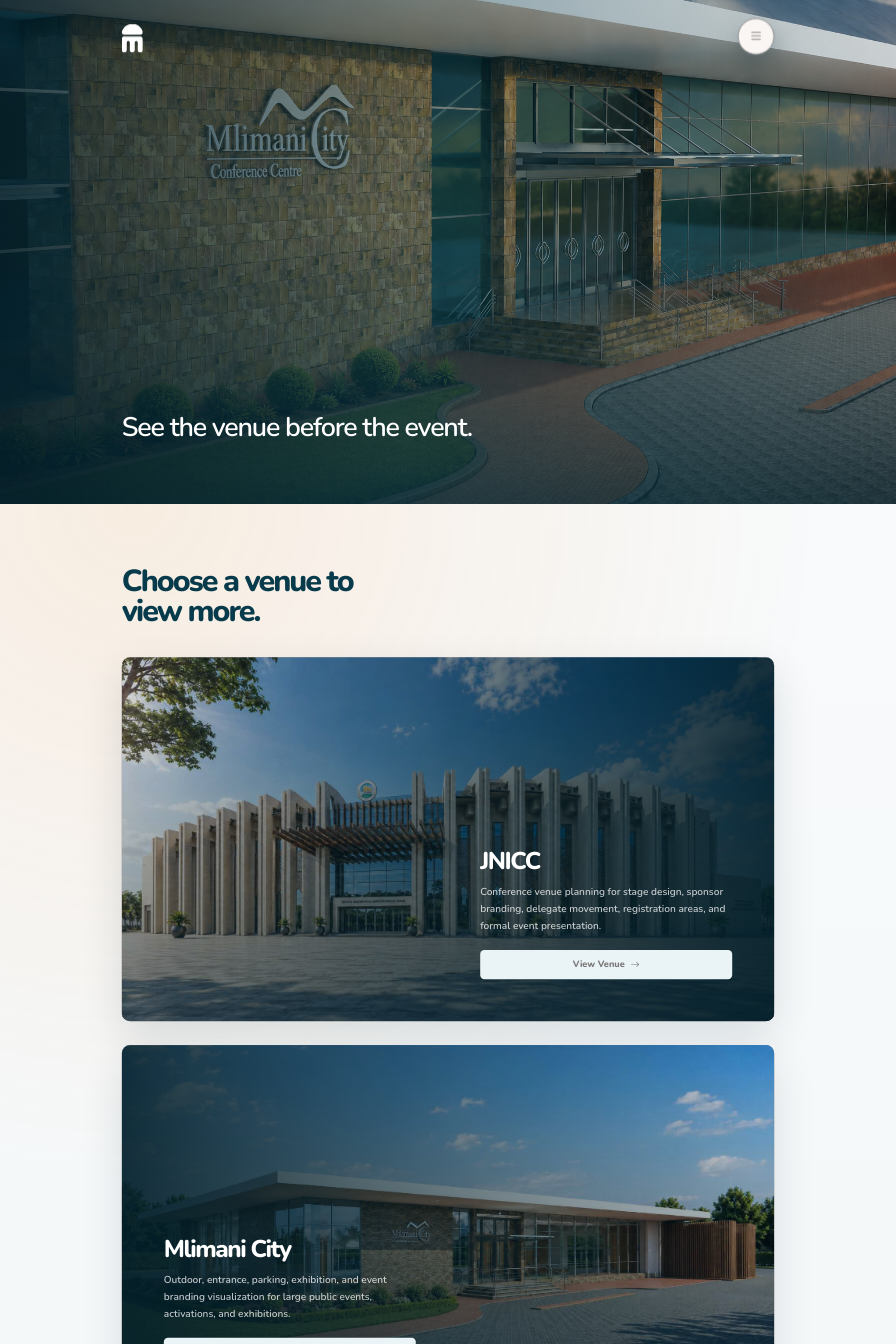
Repository: abdulprism/mustapha
Page: http://localhost/routes/venues.php
These files come from the project's save history. The page is drawn as it stood at one moment and after the next save; the edit follows.
The browser window is 1280 px wide. The pictures show the part of the page from y = 0 to 1920 px (the page is 5174 px tall), at 70% of full size.
The page is run by PHP 8.4 with error messages shown; the project is at /var/www/html/.

Above is the page before, as saved 2026-05-26 21:23:21.

### routes/venues.php
<!DOCTYPE html>
<html lang="en">
<head>
  <meta charset="UTF-8" />
  <meta name="viewport" content="width=device-width, initial-scale=1.0" />

  <title>Venues — mustapha.</title>
  <meta name="description" content="3D venue models and event venue visualization in Tanzania by Abdul Mustapha Hemedi." />

  <link rel="preconnect" href="https://fonts.googleapis.com">
  <link rel="preconnect" href="https://fonts.gstatic.com" crossorigin>
  <link href="https://fonts.googleapis.com/css2?family=Manrope:wght@500;600;700;800&display=swap" rel="stylesheet">
  <link rel="stylesheet" href="https://cdn.jsdelivr.net/npm/bootstrap-icons@1.11.1/font/bootstrap-icons.css">
  <link rel="stylesheet" href="./public/css/font.css">
  <link rel="stylesheet" href="../public/css/root.css">
  <link rel="stylesheet" href="../public/css/venue.css">
  <link rel="stylesheet" href="../public/css/header.css">
</head>

<body>

   <!-- Header -->
  <header class="header" id="siteHeader">
    <div class="wide-container">
      <nav class="nav">

        <a href="../index.html" class="logo">
          <img src="../public/icons/logo-white.svg" alt="">
        </a>

        <div class="menu-area">

          <div class="nav-panel" id="navPanel">
            <a href="index.php" class="active">Home</a>
            <a href="work.php">Work</a>
            <a href="#competence">Skills</a>
            <a href="./routes/venues.php">Venues</a>
            <a href="#contact">Contact</a>
          </div>

          <button class="menu-toggle" id="menuToggle" aria-label="Open menu" aria-expanded="false">
            <i class="bi bi-list icon-menu"></i>
            <i class="bi bi-x-lg icon-close"></i>
          </button>

        </div>
      </nav>
    </div>
  </header>

  <!-- Hero -->
  <section class="hero" data-header-theme="dark">

    <div class="hero-media">
      <img src="../public/img/profile/mlimani00.png" alt="3D venue model in Tanzania">
    </div>

    <div class="container hero-content-wrap">
      <div class="hero-content">
        <h1>See the venue before the event.</h1>

      </div>
    </div>

  </section>

  <!-- Venue Cards -->
  <section class="venue-list" id="venue-list" data-header-theme="light">
    <div class="container">

      <div class="venue-intro">
        <div>
          <h2>Choose a venue to view more.</h2>
        </div>
      </div>

      <div class="venue-stack">

        <article class="venue-card image-right">

          <img src="../public/img/profile/jnicc0.jpg" alt="JNICC venue model">

          <div class="venue-content">

            <h3>JNICC</h3>
            <p>
              Conference venue planning for stage design, sponsor branding, delegate movement,
              registration areas, and formal event presentation.
            </p>

            <a href="./venues/jnicc.php" class="btn">
              View Venue <i class="bi bi-arrow-right"></i>
            </a>

          </div>
        </article>

        <article class="venue-card">
          <img src="../public/img/profile/mlimani02.jpg" alt="Mlimani City venue model">

          <div class="venue-content">

            <h3>Mlimani City</h3>
            <p>
              Outdoor, entrance, parking, exhibition, and event branding visualization for large public events,
              activations, and exhibitions.
            </p>

            <a href="venue-mlimani-city.html" class="btn">
              View Venue <i class="bi bi-arrow-right"></i>
            </a>

          </div>
        </article>

        <article class="venue-card image-right">
          <img src="./public/img/profile/venue-serena-01.png" alt="Serena Hotel venue model">

          <div class="venue-content">
            <h3>Serena Hotel</h3>
            <p>
              Premium indoor event visualization for conference setup, stage backdrop, banquet seating,
              VIP arrangement, and sponsor visibility.
            </p>

            <a href="venue-serena-hotel.html" class="btn">
              View Venue <i class="bi bi-arrow-right"></i>
            </a>
          </div>
        </article>

        <article class="venue-card">
          <img src="./public/img/profile/venue-sabasaba-01.png" alt="SabaSaba exhibition venue model">

          <div class="venue-content">
            <h3>Johari Rotana Hotel</h3>
            <p>
              Exhibition booth and brand activation planning for trade fair setups,
              public interaction spaces, product corners, and institutional booths.
            </p>

            <a href="venue-sabasaba.html" class="btn">
              View Venue <i class="bi bi-arrow-right"></i>
            </a>
          </div>
        </article>

        <article class="venue-card">
          <img src="./public/img/profile/venue-hotelhall-01.png" alt="Hotel hall venue model">

          <div class="venue-content">

            <h3>MOUNT MERU HOTEL</h3>
            <p>
              Flexible indoor venue visualization for workshops, summits, launches,
              panel sessions, registration points, and sponsor zones.
            </p>
            <a href="venue-hotel-halls.html" class="btn">
              View Venue <i class="bi bi-arrow-right"></i>
            </a>
          </div>
        </article>

        <article class="venue-card image-right">
          <img src="./public/img/profile/venue-custom-01.png" alt="Custom venue model">

          <div class="venue-content">
            <small>Custom / Any location</small>
            <h3>Custom Venue Model</h3>
            <p>
              Send venue images, videos, or layout details and get a visual planning model
              for your specific event space.
            </p>

            <div class="venue-tags">
              <span>Custom model</span>
              <span>From photos</span>
              <span>Event planning</span>
              <span>3D preview</span>
            </div>

            <a href="#contact" class="btn">
              Request Model <i class="bi bi-arrow-right"></i>
            </a>
          </div>
        </article>

      </div>

    </div>
  </section>

  <!-- CTA -->
  <section class="cta" data-header-theme="light">
    <div class="cta-box">
      <div>
        <h2>Need a venue preview?</h2>
        <p>
          Send venue photos or layout. I can create a 3D visual preview for planning,
          branding, production, and client presentation.
        </p>
      </div>

      <a href="#contact" class="btn">
        Start Discussion
      </a>
    </div>
  </section>

  <!-- Footer -->
  <section class="footer-section" id="contact" data-header-theme="dark">
    <div class="container">
      <div class="footer-grid">
        <div>
          <h2>Venue planning made visible.</h2>
          <p>
            3D venue models for exhibitions, events, conferences, summits, brand activations,
            and production planning across Tanzania.
          </p>
        </div>

        <div class="footer-links">
          <a href="mailto:hello@mustapha.co.tz">
            Email
            <i class="bi bi-arrow-up-right"></i>
          </a>

          <a href="https://wa.me/255712257370" target="_blank">
            WhatsApp
            <i class="bi bi-arrow-up-right"></i>
          </a>

          <a href="index.html">
            Back to Home
            <i class="bi bi-arrow-up-right"></i>
          </a>
        </div>
      </div>

      <p class="copyright">
        © <span id="year"></span> Abdul Mustapha Hemedi. All rights reserved.
      </p>
    </div>
  </section>

  <script>
    const siteHeader = document.getElementById("siteHeader");
    const menuToggle = document.getElementById("menuToggle");
    const navLinks = document.querySelectorAll(".nav-panel a");

    menuToggle.addEventListener("click", () => {
      const isOpen = siteHeader.classList.toggle("menu-open");
      menuToggle.setAttribute("aria-expanded", isOpen ? "true" : "false");
      menuToggle.setAttribute("aria-label", isOpen ? "Close menu" : "Open menu");
    });

    navLinks.forEach(link => {
      link.addEventListener("click", () => {
        siteHeader.classList.remove("menu-open");
        menuToggle.setAttribute("aria-expanded", "false");
        menuToggle.setAttribute("aria-label", "Open menu");
      });
    });

    document.addEventListener("click", (event) => {
      if (!siteHeader.contains(event.target)) {
        siteHeader.classList.remove("menu-open");
        menuToggle.setAttribute("aria-expanded", "false");
        menuToggle.setAttribute("aria-label", "Open menu");
      }
    });

    document.addEventListener("keydown", (event) => {
      if (event.key === "Escape") {
        siteHeader.classList.remove("menu-open");
        menuToggle.setAttribute("aria-expanded", "false");
        menuToggle.setAttribute("aria-label", "Open menu");
      }
    });

    const themeSections = document.querySelectorAll("[data-header-theme]");

    function updateHeaderTheme() {
      const checkPoint = 42;

      themeSections.forEach(section => {
        const rect = section.getBoundingClientRect();

        if (rect.top <= checkPoint && rect.bottom >= checkPoint) {
          const theme = section.dataset.headerTheme;

          if (theme === "light") {
            siteHeader.classList.add("on-light");
          } else {
            siteHeader.classList.remove("on-light");
          }
        }
      });
    }

    window.addEventListener("scroll", updateHeaderTheme);
    window.addEventListener("resize", updateHeaderTheme);
    updateHeaderTheme();

    document.getElementById("year").textContent = new Date().getFullYear();
  </script>

</body>
</html>

### public/css/font.css
/* Nunito Font Family */

@font-face {
  font-family: "Nunito";
  src: url("../fonts/Nunito/static/Nunito-ExtraLight.ttf") format("truetype");
  font-weight: 200;
  font-style: normal;
  font-display: swap;
}

@font-face {
  font-family: "Nunito";
  src: url("../fonts/Nunito/static/Nunito-ExtraLightItalic.ttf") format("truetype");
  font-weight: 200;
  font-style: italic;
  font-display: swap;
}

@font-face {
  font-family: "Nunito";
  src: url("../fonts/Nunito/static/Nunito-Light.ttf") format("truetype");
  font-weight: 300;
  font-style: normal;
  font-display: swap;
}

@font-face {
  font-family: "Nunito";
  src: url("../fonts/Nunito/static/Nunito-LightItalic.ttf") format("truetype");
  font-weight: 300;
  font-style: italic;
  font-display: swap;
}

@font-face {
  font-family: "Nunito";
  src: url("../fonts/Nunito/static/Nunito-Regular.ttf") format("truetype");
  font-weight: 400;
  font-style: normal;
  font-display: swap;
}

@font-face {
  font-family: "Nunito";
  src: url("../fonts/Nunito/static/Nunito-Italic.ttf") format("truetype");
  font-weight: 400;
  font-style: italic;
  font-display: swap;
}

@font-face {
  font-family: "Nunito";
  src: url("../fonts/Nunito/static/Nunito-Medium.ttf") format("truetype");
  font-weight: 500;
  font-style: normal;
  font-display: swap;
}

@font-face {
  font-family: "Nunito";
  src: url("../fonts/Nunito/static/Nunito-MediumItalic.ttf") format("truetype");
  font-weight: 500;
  font-style: italic;
  font-display: swap;
}

@font-face {
  font-family: "Nunito";
  src: url("../fonts/Nunito/static/Nunito-SemiBold.ttf") format("truetype");
  font-weight: 600;
  font-style: normal;
  font-display: swap;
}

@font-face {
  font-family: "Nunito";
  src: url("../fonts/Nunito/static/Nunito-SemiBoldItalic.ttf") format("truetype");
  font-weight: 600;
  font-style: italic;
  font-display: swap;
}

@font-face {
  font-family: "Nunito";
  src: url("../fonts/Nunito/static/Nunito-Bold.ttf") format("truetype");
  font-weight: 700;
  font-style: normal;
  font-display: swap;
}

@font-face {
  font-family: "Nunito";
  src: url("../fonts/Nunito/static/Nunito-BoldItalic.ttf") format("truetype");
  font-weight: 700;
  font-style: italic;
  font-display: swap;
}

@font-face {
  font-family: "Nunito";
  src: url("../fonts/Nunito/static/Nunito-ExtraBold.ttf") format("truetype");
  font-weight: 800;
  font-style: normal;
  font-display: swap;
}

@font-face {
  font-family: "Nunito";
  src: url("../fonts/Nunito/static/Nunito-ExtraBoldItalic.ttf") format("truetype");
  font-weight: 800;
  font-style: italic;
  font-display: swap;
}

@font-face {
  font-family: "Nunito";
  src: url("../fonts/Nunito/static/Nunito-Black.ttf") format("truetype");
  font-weight: 900;
  font-style: normal;
  font-display: swap;
}

@font-face {
  font-family: "Nunito";
  src: url("../fonts/Nunito/static/Nunito-BlackItalic.ttf") format("truetype");
  font-weight: 900;
  font-style: italic;
  font-display: swap;
}

### public/css/root.css

    :root {
      --brand: #073B4C;
      --brand-dark: #797878;
      --brand-hover: #0A4F66;
      --brand-soft: #EAF3F6;

      --accent: #FD7316;
      --accent-hover: #FF9F3F;
      --accent-soft: #FFF0E3;

      --page: #F5F7F8;
      --white: #FFFFFF;
      --text: #101820;
      --muted: #DAC9BA;
      --line: #DDE7EA;

      --max: 980px;
      --wide: 1360px;
      --radius: 8px;
      --ease: cubic-bezier(.2, .8, .2, 1);
    }

    body {
        background: var(--page);
        color: var(--text);
        overflow-x: hidden;
        -webkit-font-smoothing: antialiased;
        text-rendering: geometricPrecision;
        font-family: "Nunito";
    }

### public/css/header.css
    /* HEADER */

    .header {
      position: fixed;
      top: 26px;
      left: 0;
      width: 100%;
      z-index: 100;
      pointer-events: none;
    }

    .nav {
      display: flex;
      align-items: center;
      justify-content: space-between;
      pointer-events: none;
      padding: 0 24px;
    }

    .logo {
      color: #fff;
      font-size: 1.05rem;
      font-weight: 800;
      letter-spacing: -0.04em;
      text-shadow: 0 8px 24px rgba(0,0,0,.35);
      pointer-events: auto;
      position: relative;
      z-index: 3;
      transition: color .25s var(--ease), text-shadow .25s var(--ease);
      width: 30px;
    }

    .logo span {
      color: var(--accent);
    }

    .header.on-light .logo {
      color: var(--brand);
      text-shadow: none;
    }

    .menu-area {
      position: relative;
      pointer-events: auto;
    }

    .menu-toggle {
      width: 52px;
      height: 52px;
      border-radius: 50%;
      border: 1px solid #797878;
      background: #FAF6F3;
      backdrop-filter: blur(16px);
      color: #797878;
      display: inline-flex;
      align-items: center;
      justify-content: center;
      font-size: 1.25rem;
      cursor: pointer;
      box-shadow: 0 18px 40px rgba(3,31,42,.34);
      transition: background .25s var(--ease), color .25s var(--ease), transform .25s var(--ease);
      position: relative;
      z-index: 5;
    }

    .menu-toggle:hover {
      background: var(--brand-dark);
      color: var(--brand-soft);
      transform: translateY(-1px);
    }

    .menu-toggle i {
      position: absolute;
      transition: opacity .22s var(--ease), transform .22s var(--ease);
    }

    .menu-toggle .icon-close {
      opacity: 0;
      transform: rotate(-90deg) scale(.5);
    }

    .header.menu-open .menu-toggle .icon-menu {
      opacity: 0;
      transform: rotate(90deg) scale(.5);
    }

    .header.menu-open .menu-toggle .icon-close {
      opacity: 1;
      transform: rotate(0) scale(1);
    }

    .nav-panel {
      position: absolute;
      right: 64px;
      top: 50%;
      transform: translateY(-50%) translateX(34px) scaleX(.08);
      transform-origin: right center;
      opacity: 0;
      pointer-events: none;
      display: flex;
      align-items: center;
      overflow: hidden;
      border-radius: 999px;
      backdrop-filter: blur(18px);
      box-shadow: 0 18px 45px rgba(3,31,42,.2);
      transition: opacity .22s var(--ease), transform .38s var(--ease);
    }

    .header.menu-open .nav-panel {
      opacity: 1;
      pointer-events: auto;
      transform: translateY(-50%) translateX(0) scaleX(1);
    }

    .nav-panel a {
      min-width: 102px;
      height: 50px;
      padding: 0 20px;
      display: inline-flex;
      align-items: center;
      justify-content: center;
      color: #59656b;
      font-size: .84rem;
      font-weight: 700;
      border-right: 1px solid rgba(3,31,42,.08);
      background-color: var(--brand-soft);
      opacity: 0;
      transform: translateX(12px);
      transition:
        background .2s var(--ease),
        color .2s var(--ease),
        opacity .25s var(--ease),
        transform .25s var(--ease);
    }

    .nav-panel a:last-child {
      border-right: none;
    }

    .header.menu-open .nav-panel a {
      opacity: 1;
      transform: translateX(0);
    }

    .header.menu-open .nav-panel a:nth-child(1) { transition-delay: .06s; }
    .header.menu-open .nav-panel a:nth-child(2) { transition-delay: .09s; }
    .header.menu-open .nav-panel a:nth-child(3) { transition-delay: .12s; }
    .header.menu-open .nav-panel a:nth-child(4) { transition-delay: .15s; }
    .header.menu-open .nav-panel a:nth-child(5) { transition-delay: .18s; }

    .nav-panel a:hover,
    .nav-panel a.active {
      background: var(--brand-dark);
      color: var(--brand-soft);
    }




    /* RESPONSIVE */

    @media (max-width: 900px) {
      .header {
        top: 18px;
      }

      .nav-panel {
        position: fixed;
        right: 24px;
        top: 86px;
        transform: translateY(-14px) scale(.96);
        transform-origin: top right;
        flex-direction: column;
        align-items: stretch;
        min-width: 230px;
        border-radius: 18px;
      }

      .header.menu-open .nav-panel {
        transform: translateY(0) scale(1);
      }

      .nav-panel a {
        width: 100%;
        justify-content: flex-start;
        border-right: none;
        border-bottom: 1px solid rgba(3,31,42,.08);
      }

      .nav-panel a:last-child {
        border-bottom: none;
      }

    }

Loaded but not shown: public/icons/logo-white.svg (1 lines, source omitted); public/css/venue.css (844 lines, source omitted)

After the next save:
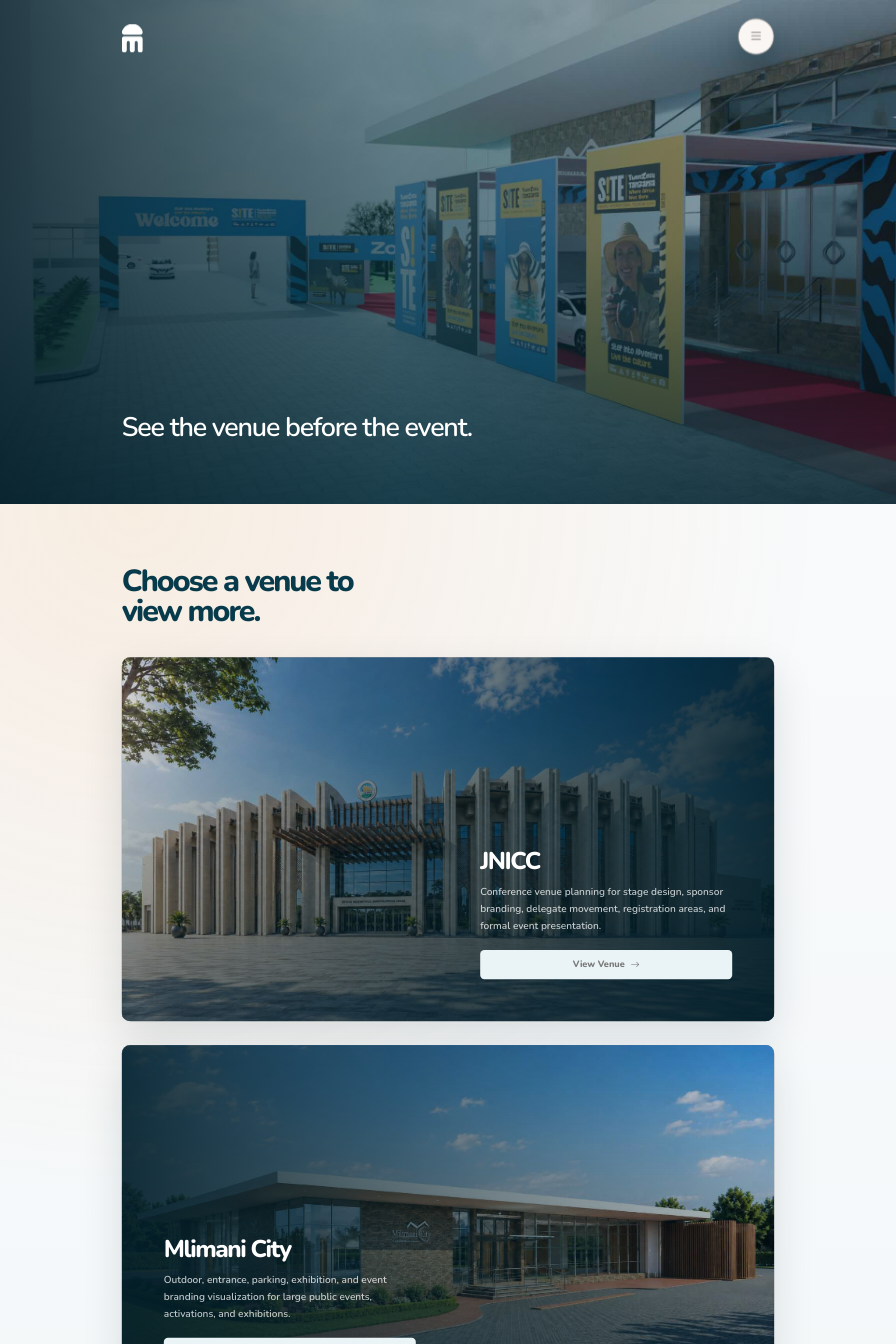
Saved 12 s later.
--- a/routes/venues.php
+++ b/routes/venues.php
@@ -52,7 +52,7 @@
   <section class="hero" data-header-theme="dark">
 
     <div class="hero-media">
-      <img src="../public/img/profile/mlimani00.png" alt="3D venue model in Tanzania">
+      <img src="../public/img/profile/mlimani00.jpg" alt="3D venue model in Tanzania">
     </div>
 
     <div class="container hero-content-wrap">
